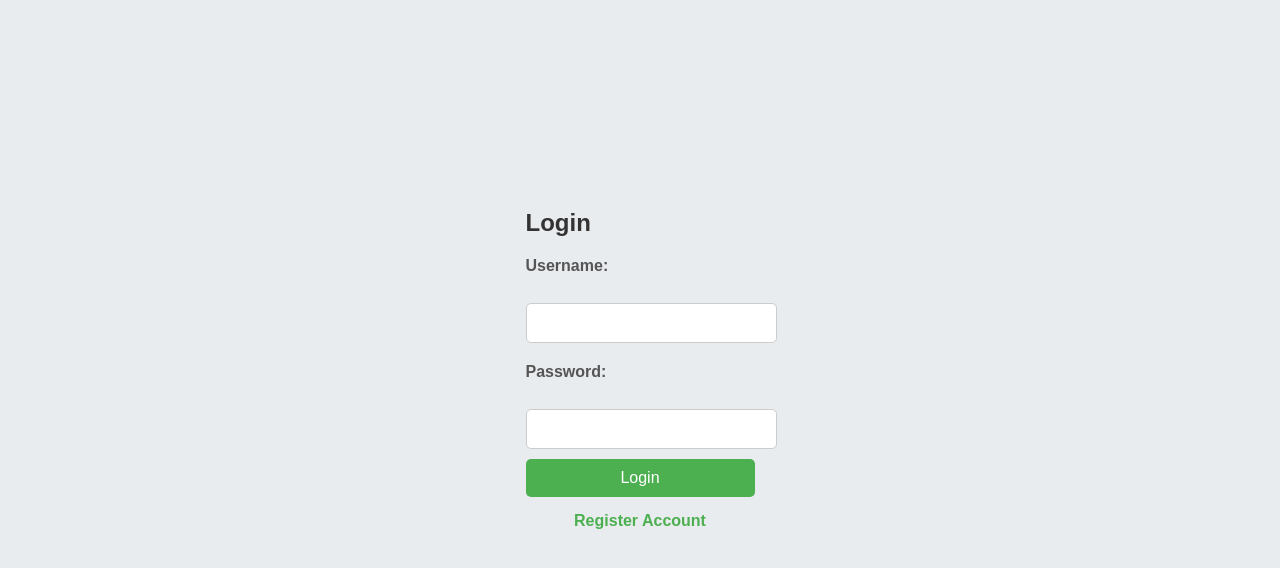
Repository: wolvicjohn/argon2
Page: http://localhost/login.php
The author's editor kept a copy of each file at every save. The page is drawn from the files as they stood at one save, then again after the next save.
The browser window is 1280 px wide. The pictures show the whole page.
The page is run by PHP 8.4 with error messages shown; the project is at /var/www/html/.

Above is the page before, as saved 2024-10-18 01:55:32.

### login.php
<?php
// Include the user authentication logic
include 'functions/authenticate_user.php';

$message = ''; // Variable to hold the login message

if ($_SERVER['REQUEST_METHOD'] === 'POST') {
    $username = $_POST['username'];
    $password = $_POST['password'];

    // Call the authenticate function
    $message = authenticateUser($username, $password);
}
?>

<!DOCTYPE html>
<html lang="en">

<head>
    <meta charset="UTF-8">
    <title>Login</title>
    <link rel="stylesheet" href="styles.css"> <!-- Link to your CSS file -->
</head>

<body>
    <div class="container">
        <div class="login-box">
            <h2>Login</h2>
            <form action="login.php" method="POST">
                <label for="username">Username:</label><br>
                <input type="text" name="username" id="username" required><br>

                <label for="password">Password:</label><br>
                <input type="password" name="password" id="password" required><br>

                <button type="submit">Login</button>

                <br>

                <!-- Button to go to the registration page -->
                <a href="register.php" class="button">Register Account</a>
            </form>

            <?php if ($message): ?>
                <p class="message" style="color: <?php echo strpos($message, 'Invalid') !== false ? '#e63946' : '#00b300'; ?>;">
                    <?php echo $message; ?>
                </p>
            <?php endif; ?>
        </div>
    </div>

    <script>
        // Add a class to the body when the page has loaded
        window.addEventListener('load', function () {
            document.body.classList.add('loaded');
        });
    </script>
</body>

</html>

### functions/authenticate_user.php
<?php
// authenticate_user.php
include 'connection.php'; // Include the database connection

/**
 * Authenticate a user
 *
 * @param string $username The username to authenticate
 * @param string $password The password to verify
 * @return string A message indicating the result of the authentication
 */
function authenticateUser($username, $password) {
    global $pdo; // Access the PDO instance

    // Find the user in the database
    $stmt = $pdo->prepare('SELECT id, password_hash FROM users WHERE username = ?');
    $stmt->execute([$username]);
    $user = $stmt->fetch();

    if ($user && password_verify($password, $user['password_hash'])) {
        // Password is correct, handle successful login
        return "Login successful! Welcome, " . htmlspecialchars($username);
    } else {
        // Invalid credentials
        return "Invalid username or password.";
    }
}
?>

### connection.php
<?php
// connection.php

// Database connection
$host = 'localhost';
$db = 'argon2_auth';
$user = 'root'; // Your database username
$pass = '';     // Your database password

$dsn = "mysql:host=$host;dbname=$db;charset=utf8mb4";
$options = [
    PDO::ATTR_ERRMODE => PDO::ERRMODE_EXCEPTION,
    PDO::ATTR_DEFAULT_FETCH_MODE => PDO::FETCH_ASSOC,
];

try {
    $pdo = new PDO($dsn, $user, $pass, $options);
} catch (PDOException $e) {
    die("Database connection failed: " . $e->getMessage());
}
?>

### styles.css
body {
    font-family: Arial, sans-serif;
    background-color: #e9ecef; /* Light background for contrast */
    margin: 0;
    padding: 0;
}

.container {
    display: flex;
    justify-content: center;
    align-items: center;
    min-height: 100vh; /* Full viewport height */
}

.registration-box {
    background-color: #ffffff; /* White background for the box */
    border-radius: 10px;
    box-shadow: 0 2px 10px rgba(0, 0, 0, 0.1); /* Shadow for depth */
    padding: 30px; /* Inner padding */
    width: 100%;
    max-width: 400px; /* Max width for the box */
    text-align: center; /* Center text */
    transition: transform 0.2s ease; /* Animation for hover effect */
}

.registration-box:hover {
    transform: scale(1.02); /* Slightly scale up on hover */
}

h2 {
    color: #333;
    margin-bottom: 20px; /* Space below heading */
}

label {
    font-weight: bold;
    margin-top: 10px;
    display: block; /* Block display for labels */
    color: #555; /* Slightly darker color for better contrast */
}

input {
    margin: 10px 0;
    padding: 10px;
    width: 100%;
    border: 1px solid #ccc;
    border-radius: 5px;
    font-size: 16px;
    transition: border-color 0.3s; /* Transition for border color */
}

input:focus {
    border-color: #4CAF50; /* Change border color on focus */
    outline: none; /* Remove default outline */
}

button {
    padding: 10px 20px;
    cursor: pointer;
    background-color: #4CAF50; /* Green background */
    color: white;
    border: none;
    border-radius: 5px;
    font-size: 16px;
    width: 100%;
    transition: background-color 0.3s, transform 0.2s; /* Transition for background and scale */
}

button:hover {
    background-color: #45a049; /* Darker green on hover */
    transform: translateY(-2px); /* Lift effect on hover */
}

.password-strength {
    margin-top: 10px;
    height: 10px;
    width: 100%;
    background-color: #ddd;
    border-radius: 5px;
    overflow: hidden;
}

.strength-bar {
    height: 100%;
    width: 0%;
    transition: width 0.3s ease-in-out;
}

.strength-weak {
    background-color: red;
}

.strength-medium {
    background-color: orange;
}

.strength-strong {
    background-color: green;
}

.message {
    margin-top: 5px;
    font-size: 14px;
    font-weight: bold;
    color: #333; /* Message color */
}

.message.success {
    color: green; /* Success message color */
}

.message.error {
    color: red; /* Error message color */
}

a {
    display: block;
    margin-top: 15px;
    text-align: center;
    text-decoration: none;
    color: #4CAF50;
    font-weight: bold; /* Make links bolder */
    transition: color 0.3s; /* Transition for link color */
}

a:hover {
    text-decoration: underline;
    color: #45a049; /* Darker green on hover */
}

/* Responsive adjustments */
@media (max-width: 480px) {
    .registration-box {
        padding: 20px; /* Less padding on small screens */
    }

    h2 {
        font-size: 1.5em; /* Adjust heading size for mobile */
    }

    button {
        padding: 10px; /* Adjust button size for mobile */
    }
}

After the next save:
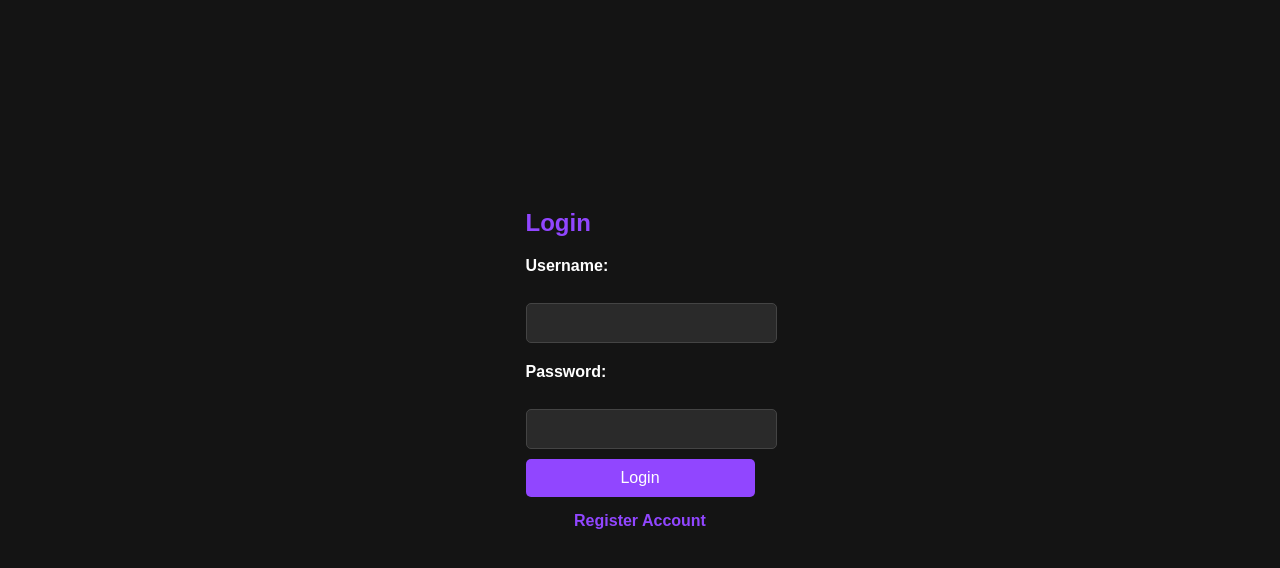
Saved 63 s later.
--- a/styles.css
+++ b/styles.css
@@ -1,8 +1,9 @@
 body {
-    font-family: Arial, sans-serif;
-    background-color: #e9ecef; /* Light background for contrast */
+    font-family: 'Arial', sans-serif;
+    background-color: #141414; /* Dark background for contrast */
     margin: 0;
     padding: 0;
+    color: #ffffff; /* White text for contrast */
 }
 
 .container {
@@ -13,9 +14,9 @@ body {
 }
 
 .registration-box {
-    background-color: #ffffff; /* White background for the box */
+    background-color: #1e1e1e; /* Dark grey background for the box */
     border-radius: 10px;
-    box-shadow: 0 2px 10px rgba(0, 0, 0, 0.1); /* Shadow for depth */
+    box-shadow: 0 2px 15px rgba(0, 0, 0, 0.5); /* Shadow for depth */
     padding: 30px; /* Inner padding */
     width: 100%;
     max-width: 400px; /* Max width for the box */
@@ -28,7 +29,7 @@ body {
 }
 
 h2 {
-    color: #333;
+    color: #9146ff; /* Twitch purple */
     margin-bottom: 20px; /* Space below heading */
 }
 
@@ -36,28 +37,30 @@ label {
     font-weight: bold;
     margin-top: 10px;
     display: block; /* Block display for labels */
-    color: #555; /* Slightly darker color for better contrast */
+    color: #ffffff; /* White color for better contrast */
 }
 
 input {
     margin: 10px 0;
     padding: 10px;
     width: 100%;
-    border: 1px solid #ccc;
+    border: 1px solid #444; /* Darker border for input */
     border-radius: 5px;
     font-size: 16px;
+    background-color: #2a2a2a; /* Darker input background */
+    color: #ffffff; /* White text for inputs */
     transition: border-color 0.3s; /* Transition for border color */
 }
 
 input:focus {
-    border-color: #4CAF50; /* Change border color on focus */
+    border-color: #9146ff; /* Change border color on focus */
     outline: none; /* Remove default outline */
 }
 
 button {
     padding: 10px 20px;
     cursor: pointer;
-    background-color: #4CAF50; /* Green background */
+    background-color: #9146ff; /* Twitch purple */
     color: white;
     border: none;
     border-radius: 5px;
@@ -67,7 +70,7 @@ button {
 }
 
 button:hover {
-    background-color: #45a049; /* Darker green on hover */
+    background-color: #7e3bba; /* Darker purple on hover */
     transform: translateY(-2px); /* Lift effect on hover */
 }
 
@@ -75,7 +78,7 @@ button:hover {
     margin-top: 10px;
     height: 10px;
     width: 100%;
-    background-color: #ddd;
+    background-color: #444; /* Darker background for strength bar */
     border-radius: 5px;
     overflow: hidden;
 }
@@ -102,15 +105,15 @@ button:hover {
     margin-top: 5px;
     font-size: 14px;
     font-weight: bold;
-    color: #333; /* Message color */
+    color: #ffffff; /* White color for messages */
 }
 
 .message.success {
-    color: green; /* Success message color */
+    color: #00b300; /* Success message color */
 }
 
 .message.error {
-    color: red; /* Error message color */
+    color: #e63946; /* Error message color */
 }
 
 a {
@@ -118,14 +121,14 @@ a {
     margin-top: 15px;
     text-align: center;
     text-decoration: none;
-    color: #4CAF50;
+    color: #9146ff; /* Twitch purple */
     font-weight: bold; /* Make links bolder */
     transition: color 0.3s; /* Transition for link color */
 }
 
 a:hover {
     text-decoration: underline;
-    color: #45a049; /* Darker green on hover */
+    color: #7e3bba; /* Darker purple on hover */
 }
 
 /* Responsive adjustments */
